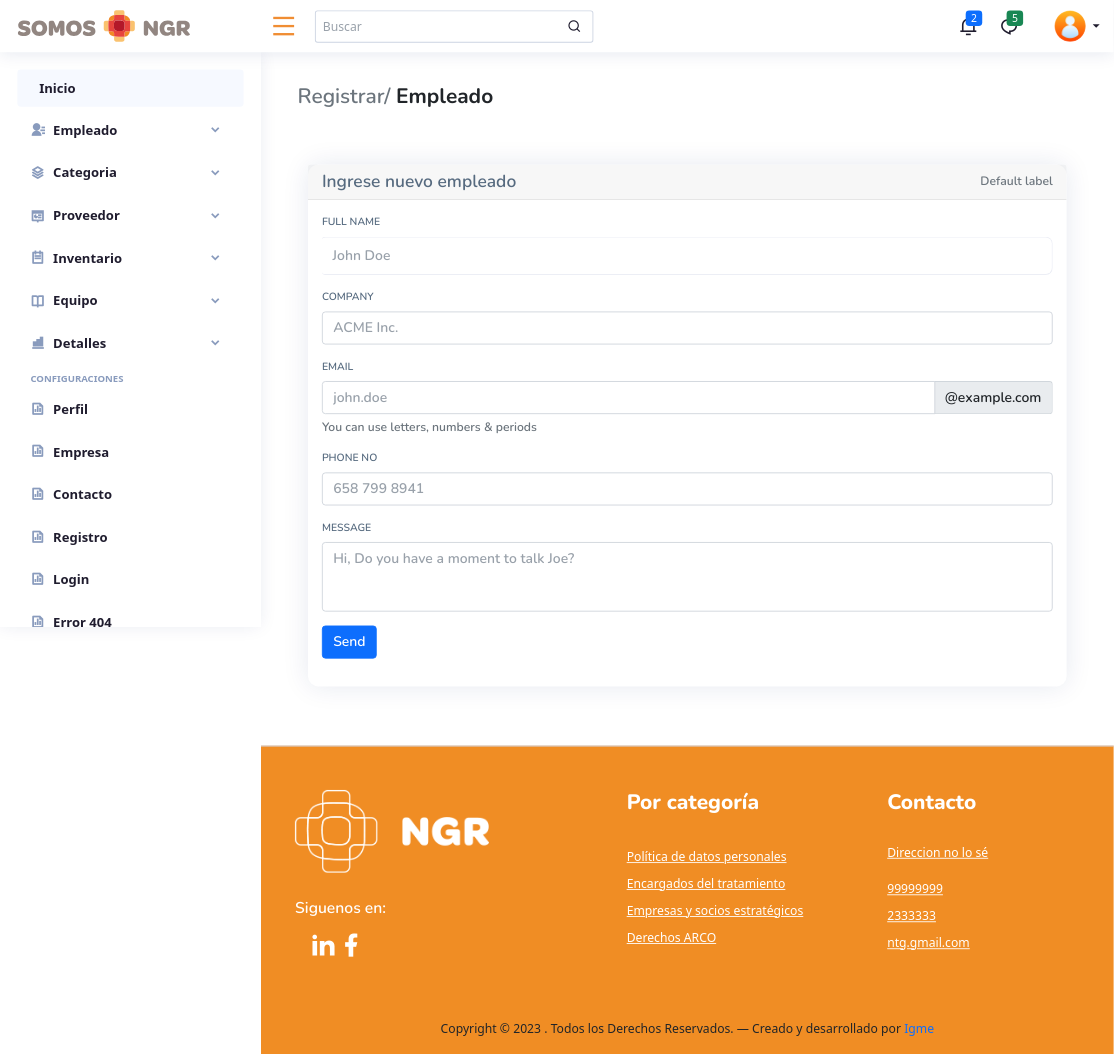
Repository: igmeMarcial/ProyectoLP-2023
Page: http://localhost/proyectoLP_2023/RegistrarEmpleado.jsp
An editor plug-in stored every save of this project. The page is shown before and after the next save, followed by the edit.
The browser window is 1280 px wide. The pictures show the whole page, at 87% of full size.
Some web fonts or font styles are not loaded; a fallback is used. The page is served by Tomcat 9. The template is opened directly, without the code that normally fills it, so the values that code supplies are empty.

Above is the page before, as saved 2023-03-23 03:58:18.

After the next save:
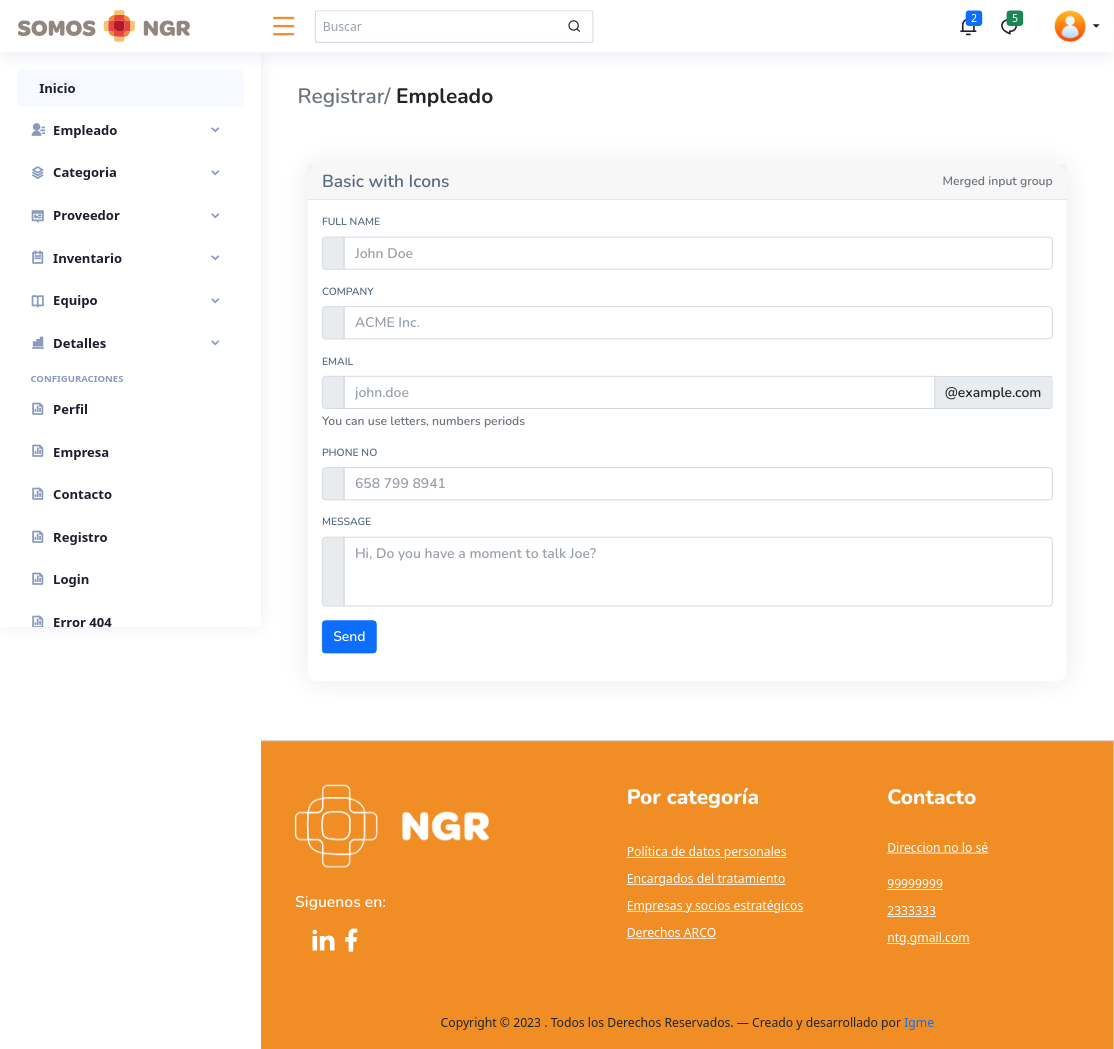
Saved 6 min 10 s later.
--- a/proyectoLP_2023/WebContent/RegistrarEmpleado.jsp
+++ b/proyectoLP_2023/WebContent/RegistrarEmpleado.jsp
@@ -298,40 +298,60 @@
 					<div class="col-xl">
 						<div class="card mb-4">
 							<div class="card-header d-flex justify-content-between align-items-center">
-								<h5 class="mb-0">Ingrese nuevo empleado</h5>
-								<small class="text-muted float-end">Default label</small>
+								<h5 class="mb-0">Basic with Icons</h5>
+								<small class="text-muted float-end">Merged input group</small>
 							</div>
 							<div class="card-body">
 								<form>
 									<div class="mb-3">
-										<label class="form-label" for="basic-default-fullname">Full Name</label>
-										<input type="text" class="form-control inputCustom" id="basic-default-fullname" placeholder="John Doe" />
+										<label class="form-label" for="basic-icon-default-fullname">Full Name</label>
+										<div class="input-group input-group-merge">
+											<span id="basic-icon-default-fullname2" class="input-group-text"><i class="bx bx-user"></i></span>
+											<input type="text" class="form-control" id="basic-icon-default-fullname" placeholder="John Doe" aria-label="John Doe" aria-describedby="basic-icon-default-fullname2" />
+										</div>
 									</div>
 									<div class="mb-3">
-										<label class="form-label" for="basic-default-company">Company</label>
-										<input type="text" class="form-control" id="basic-default-company" placeholder="ACME Inc." />
+										<label class="form-label" for="basic-icon-default-company">Company</label>
+										<div class="input-group input-group-merge">
+											<span id="basic-icon-default-company2" class="input-group-text"><i class="bx bx-buildings"></i></span>
+											<input type="text" id="basic-icon-default-company" class="form-control" placeholder="ACME Inc." aria-label="ACME Inc." aria-describedby="basic-icon-default-company2" />
+										</div>
 									</div>
 									<div class="mb-3">
-										<label class="form-label" for="basic-default-email">Email</label>
+										<label class="form-label" for="basic-icon-default-email">Email</label>
 										<div class="input-group input-group-merge">
-											<input type="text" id="basic-default-email" class="form-control" placeholder="john.doe" aria-label="john.doe" aria-describedby="basic-default-email2" />
-											<span class="input-group-text" id="basic-default-email2">@example.com</span>
+											<span class="input-group-text"><i class="bx bx-envelope"></i></span>
+											<input type="text" id="basic-icon-default-email" class="form-control" placeholder="john.doe" aria-label="john.doe" aria-describedby="basic-icon-default-email2" />
+											<span id="basic-icon-default-email2" class="input-group-text">@example.com</span>
 										</div>
-										<div class="form-text">You can use letters, numbers & periods</div>
+										<div class="form-text">You can use letters, numbers periods</div>
 									</div>
 									<div class="mb-3">
-										<label class="form-label" for="basic-default-phone">Phone No</label>
-										<input type="text" id="basic-default-phone" class="form-control phone-mask" placeholder="658 799 8941" />
+										<label class="form-label" for="basic-icon-default-phone">Phone No</label>
+										<div class="input-group input-group-merge">
+											<span id="basic-icon-default-phone2" class="input-group-text"><i class="bx bx-phone"></i></span>
+											<input type="text" id="basic-icon-default-phone" class="form-control phone-mask" placeholder="658 799 8941" aria-label="658 799 8941" aria-describedby="basic-icon-default-phone2" />
+										</div>
 									</div>
 									<div class="mb-3">
-										<label class="form-label" for="basic-default-message">Message</label>
-										<textarea id="basic-default-message" class="form-control" placeholder="Hi, Do you have a moment to talk Joe?"></textarea>
+										<label class="form-label" for="basic-icon-default-message">Message</label>
+										<div class="input-group input-group-merge">
+											<span id="basic-icon-default-message2" class="input-group-text"><i class="bx bx-comment"></i></span>
+											<textarea
+												id="basic-icon-default-message"
+												class="form-control"
+												placeholder="Hi, Do you have a moment to talk Joe?"
+												aria-label="Hi, Do you have a moment to talk Joe?"
+												aria-describedby="basic-icon-default-message2"
+											></textarea>
+										</div>
 									</div>
 									<button type="submit" class="btn btn-primary">Send</button>
 								</form>
 							</div>
 						</div>
 					</div>
+
 				</div>
 			</div>
 		</div>
